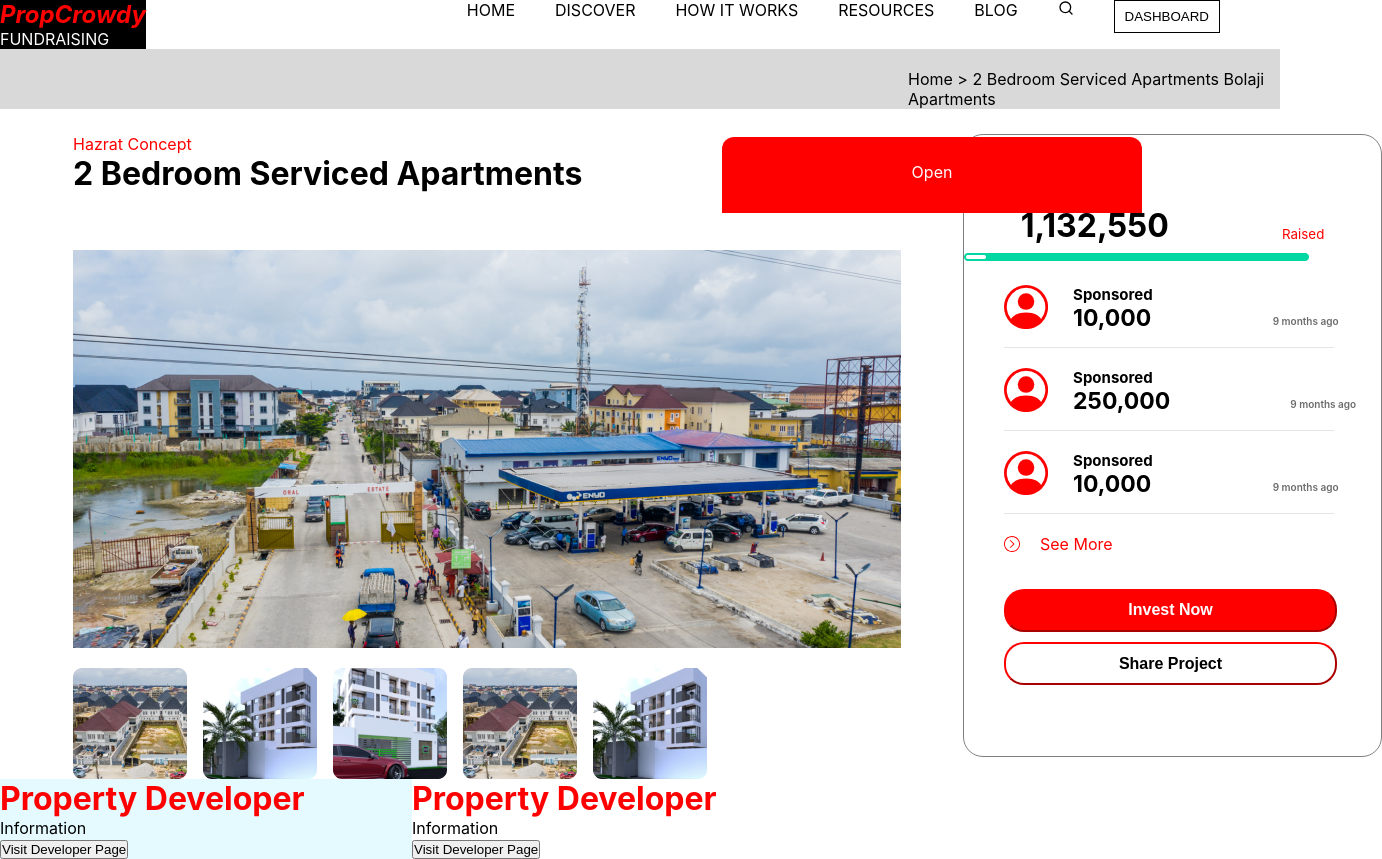
Repository: uh-sman/Popcrowdy
Page: /
An editor plug-in stored every save of this project. The page is shown before and after the next save, followed by the edit.
The browser window is 1280 px wide. The page is 1382 px wide, so the pictures cover 1382 px, including what lies to the right of the window. The pictures show the whole page.
The project was rebuilt for these pictures with package versions that can differ from the ones it lists, and the page was loaded fresh each time.

Above is the page before, as saved 2022-11-13 19:43:42.

### src/App.js
import "./App.css";
import { Navbar, Hero } from "./components";
import SubCard from "./components/Section/SubCard";
import SubNav from "./components/SubNav";

function App() {
  return (
    <div className="App">
      <Navbar />
      <SubNav />
      <Hero />
      <SubCard />
    </div>
  );
}

export default App;

### src/App.css
* {
  text-decoration: none;
  list-style: none;
  padding: 0px;
  margin: 0;
  box-sizing: border-box;
}

### src/components/index.js
export { default as Navbar } from "./Navbar";
export { default as Hero } from "./Section/Hero";
// export { default as Card } from "./Section/Card";

### src/components/Section/SubCard.jsx
import React from "react";

const SubCard = () => {
  return (
    <div>
      <div style={{ display: "flex" }}>
        <div style={{ backgroundColor: "#E4FAFF" }}>
          <div>
            <h1 style={{ color: "red", width: "412px" }}>Property Developer</h1>
            <p>Information</p>
            <button className="button">Visit Developer Page</button>
          </div>
        </div>
        <div style={{ backgroundColor: "#" }}>
          <div>
            <h1 style={{ color: "red", width: "412px" }}>Property Developer</h1>
            <p>Information</p>
            <button className="button">Visit Developer Page</button>
          </div>
        </div>
      </div>
    </div>
  );
};

export default SubCard;
// height: "162px";

### src/components/SubNav.jsx
import React from "react";

const SubNav = () => {
  return (
    <div style={{ marginBottom: "25px" }}>
      <div style={{ background: "#D9D9D9 50%", width: "100%", height: "60px" }}>
        <p style={{ marginLeft: "908px", paddingTop: "20px" }}>
          Home {">"} 2 Bedroom Serviced Apartments Bolaji Apartments
        </p>
      </div>
    </div>
  );
};

export default SubNav;

### src/components/Navbar.jsx
import React from "react";
import "./navbar.css";
import { FiSearch } from "react-icons/fi";
const Navbar = () => {
  return (
    <div style={{}}>
      <nav>
        <div className="navbar-container">
          <div style={{ backgroundColor: "black" }}>
            <h1>
              <p style={{ color: "red" }}>
                <i>PropCrowdy</i>
              </p>
            </h1>
            <p style={{ color: "white" }}>FUNDRAISING</p>
          </div>
          <div>
            <ul className="nav-list">
              <li>HOME</li>
              <li>DISCOVER</li>
              <li>HOW IT WORKS</li>
              <li>RESOURCES</li>
              <li>BLOG</li>
              <FiSearch />
              <button className="btn">DASHBOARD</button>
            </ul>
          </div>
        </div>
      </nav>
    </div>
  );
};

export default Navbar;

### src/components/Section/Hero.jsx
import React, { useState } from "react";
import "./hero.css";
import img1 from "../assets/Image-one.png";
import img2 from "../assets/Rectangle2.png";
import img3 from "../assets/Rectangle3.png";
import img4 from "../assets/Rectangle4.png";
import img5 from "../assets/Rectangle5.png";
import img6 from "../assets/Rectangle6.png";
import Card from "./Card";
const Hero = () => {
  const [selected, setIsSelected] = useState(false);
  const [isSelected, setSelected] = useState(false);
  //    document.getElementById("select");
  if (selected) {
    // show the current image
    console.log("hello");
  } else {
    console.log("not selected");
  }
  return (
    <div className="hero-container">
      <div className="flexed-card">
        <div>
          <div style={{ marginBottom: "57px" }}>
            <p style={{ color: "red" }}>Hazrat Concept</p>
            <h1 style={{ fontWeight: "900px" }}>
              2 Bedroom Serviced Apartments
            </h1>
          </div>
          <div
            id="select"
            value={selected}
            onClick={(e) => setIsSelected(!selected)}
          >
            <img src={img1} />
          </div>
          <div style={{ marginTop: "16px" }}>
            <div className="sub-card">
              <img src={img2} />
              <img src={img3} />
              <img src={img4} />
              <img src={img5} />
              <img src={img6} />
            </div>
          </div>
        </div>
        <div>
          <Card />
        </div>
      </div>
    </div>
  );
};

export default Hero;

### src/components/navbar.css
.navbar-container {
  display: flex;
  justify-content: space-between;
}
.nav-list {
  display: flex;
  gap: 40px;
  margin-right: 60px;
}
.btn {
  background-color: white;
  border: 1px solid black;
  padding: 8px 10px;
  font-weight: 500;
}

### src/components/Section/hero.css
.hero-container {
  margin-left: 73px;
}
.sub-card {
  display: flex;
  gap: 16px;
}
.flexed-card {
  display: flex;
  gap: 62px;
}

### src/components/Section/Card.jsx
import React from "react";
import { data } from "./data";
import img from "../assets/Progressbar.png";
import { BsPersonCircle } from "react-icons/bs";
import { TfiArrowCircleRight } from "react-icons/tfi";
import "./card.css";
const Card = () => {
  return (
    <div>
      <div style={{ border: "1px solid gray" }} className="card">
        <div
          className="header"
          title="header"
          style={{
            backgroundColor: "red",
            borderTopLeftRadius: "12px",
            borderTopRightRadius: "12px",
            textAlign: "center",
            height: "75.92px",
          }}
        >
          <p
            style={{
              color: "white",
              marginTop: "25px",
            }}
          >
            Open
          </p>
        </div>
        <div>
          <div style={{ display: "flex", justifyContent: "space-around" }}>
            <h1>1,132,550 </h1>
            <small style={{ color: "red", marginTop: "20px" }}>Raised</small>
          </div>
          <img src={img} />
        </div>
        <div className="rightBody-subcont">
          {data &&
            data.map(({ title, id, amount }) => {
              return (
                <div className="sponsor-cont" key={id}>
                  <div className="sponsor-subcont">
                    <div className="user-img">
                      <BsPersonCircle
                        style={{
                          color: "red",
                          height: "44.099998474121094px",
                          width: " 44.099998474121094px",
                          left: "0.45001220703125px",
                          top: " 0.45001220703125px",
                          borderRadius: "0px",
                        }}
                      />
                    </div>

                    <div className="spons-cover">
                      <div className="sponsor">Sponsored</div>
                      <div className="sponsoramt">{amount}</div>
                    </div>

                    <div className="month">9 months ago</div>
                  </div>

                  <div className="line"></div>
                </div>
              );
            })}
          <div
            style={{
              display: "flex",
              alignItems: "center",
              gap: "20px",
              marginLeft: "40px",
              paddingTop: "20px",
              paddingBottom: "20px",
            }}
          >
            <TfiArrowCircleRight style={{ color: "red" }} />
            <p style={{ color: "red" }}>See More</p>
          </div>
          <div className="rightBodybtns">
            <div className="rightBodybtn1-cont">
              <button className="rightBodybtn1">Invest Now</button>
            </div>

            <div className="rightBodybtn2-cont">
              <button className="rightBodybtn2">Share Project</button>
            </div>
          </div>
        </div>
      </div>
    </div>
  );
};

export default Card;
{
  /* <div className="rightBody-subcont">
  {data &&
    data.map(({ title, id, amount }) => {
      return (
        <div className="sponsor-cont" key={id}>
          <div className="sponsor-subcont">
            <div className="user-img">
              <img src={user} />
            </div>

            <div className="spons-cover">
              <div className="sponsor">Sponsored</div>
              <div className="sponsoramt">{amount}</div>
            </div>

            <div className="month">9 months ago</div>
          </div>

          <div className="line"></div>
        </div>
      );
    })}
</div>;

{
  data &&
    data.map(({ title, id, amount }) => {
      return (
        <div className="list" style={{ marginLeft: "50.45px" }} key={id}>
          <li className="icon">
            <BsPersonCircle
              style={{
                color: "red",
                height: "44.099998474121094px",
                width: " 44.099998474121094px",
                left: "0.45001220703125px",
                top: " 0.45001220703125px",
                borderRadius: "0px",
              }}
            />
            {title}
          </li>
          <div
            style={{
              display: "flex",
              justifyContent: "space-around",
              marginLeft: "12px",
              borderBottom: "0.3px solid gray",
            }}
          >
            <p>{amount}</p>

            <small title="time">1 month ago</small>
          </div>
        </div>
      );
    });
} */
}

### src/components/Section/data.js
export const data = [
  {
    id: 1,
    title: "Sponsored",
    amount: "10,000",
  },
  {
    id: 2,
    title: "Sponsored",
    amount: "250,000",
  },
  {
    id: 3,
    title: "Sponsored",
    amount: "10,000",
  },
];

### src/components/Section/card.css
.card {
  /* position: absolute; */
  display: flex;
  flex-direction: column;
  justify-content: center;
  width: 419px;
  height: 623px;
  /* padding: 0px 0px; */
  /* left: 963px; */
  top: 267px;
  background: linear-gradient(
    180deg,
    #fffafa 0%,
    rgba(255, 255, 255, 0.994792) 0.01%,
    rgba(237, 224, 224, 0) 100%
  );
  border-radius: 20px;
}
.header {
  position: absolute;
  top: 137px;
  right: 138px;
  width: 420px;
}
.icon {
  display: flex;
  align-items: center;
  gap: 27.45px;
  /* justify-content: center; */
}
.list {
  margin-bottom: 10px;
}
.rightBodybtn {
  width: 419px;
  height: 53px;
  font-size: 20px;
  background: #ff0000;
  color: #ffffff;
  border-top-right-radius: 12px;
  border-top-left-radius: 12px;
  font-weight: bold;
  border-color: #ff0000;
}

.rightBodyHead {
  display: flex;
}

.rightBodyHead-cont {
  padding: 40px 0px 0px 40px;
}

.raised {
  padding: 10px 0px 0px 15px;
}

.goal-subcont {
  display: flex;
  padding-top: 10px;
}

.goal {
  padding-right: 20px;
}

.goalamt {
  padding-top: 5px;
}

.oo {
  background: #fffafa;
}

.sponsor-subcont {
  display: flex;
}

.spons-cover {
  font-weight: 700;
  font-size: 15px;
  padding: 0px 0px 15px 25px;
}

.sponsor-cont {
  padding: 20px 0px 0px 40px;
}

.line {
  border-bottom: 1px solid rgba(0, 0, 0, 0.1);
  width: 330px;
}

.month {
  padding: 30px 0px 0px 120px;
  font-weight: 600;
  font-size: 10px;
  color: rgba(0, 0, 0, 0.58);
}

.sponsoramt {
  font-size: 23px;
}

.sponsor {
  font-size: 15px;
}

.seeMore a {
  text-decoration: none;
  color: #ff0000;
  font-size: 14px;
}

/* .seeMore-cont { */
.rightBodybtn {
  width: 419px;
  height: 53px;
  font-size: 20px;
  background: #ff0000;
  color: #ffffff;
  border-top-right-radius: 12px;
  border-top-left-radius: 12px;
  font-weight: bold;
  border-color: #ff0000;
}

.rightBodyHead {
  display: flex;
}

.rightBodyHead-cont {
  padding: 40px 0px 0px 40px;
}

.raised {
  padding: 10px 0px 0px 15px;
}

.goal-subcont {
  display: flex;
  padding-top: 10px;
}

.goal {
  padding-right: 20px;
}

.goalamt {
  padding-top: 5px;
}

.oo {
  background: #fffafa;
}

.sponsor-subcont {
  display: flex;
}

.spons-cover {
  font-weight: 700;
  font-size: 15px;
  padding: 0px 0px 15px 25px;
}

.sponsor-cont {
  padding: 20px 0px 0px 40px;
}

.line {
  border-bottom: 1px solid rgba(0, 0, 0, 0.1);
  width: 330px;
}

.month {
  padding: 30px 0px 0px 120px;
  font-weight: 600;
  font-size: 10px;
  color: rgba(0, 0, 0, 0.58);
}

.sponsoramt {
  font-size: 23px;
}

.sponsor {
  font-size: 15px;
}

.seeMore a {
  text-decoration: none;
  color: #ff0000;
  font-size: 14px;
}

.seeMore-cont {
  display: flex;
  padding-left: 40px;
  padding-top: 30px;
}

.moreIcon {
  padding-right: 10px;
  padding-top: 4px;
}

.rightBodybtn1 {
  width: 333px;
  height: 43.25px;
  border-radius: 20px;
  font-size: 16px;
  background: #ff0000;
  color: white;
  font-weight: bold;
  border-color: #ff0000;
}

.rightBodybtn2 {
  width: 333px;
  height: 43.25px;
  border-radius: 20px;
  font-size: 16px;
  border-color: #ff0000;
  font-weight: bold;
  background: white;
}

.rightBodybtns {
  padding-left: 40px;
}

.rightBodybtn1-cont {
  padding: 15px 0px 10px 0px;
}

.gg a {
  text-decoration: none;
}

.progress-cont {
  padding-top: 10px;
}
.rightBodybtn1 {
  width: 333px;
  height: 43.25px;
  border-radius: 20px;
  font-size: 16px;
  background: #ff0000;
  color: white;
  font-weight: bold;
  border-color: #ff0000;
}

.rightBodybtn2 {
  width: 333px;
  height: 43.25px;
  border-radius: 20px;
  font-size: 16px;
  border-color: #ff0000;
  font-weight: bold;
  background: white;
}

.rightBodybtns {
  padding-left: 40px;
}

.rightBodybtn1-cont {
  padding: 15px 0px 10px 0px;
}

.gg a {
  text-decoration: none;
}

.progress-cont {
  padding-top: 10px;
}

.goal-cont {
  padding-bottom: 40px;
}

Loaded but not shown: public/index.html (common file); src/index.js (common file); src/index.css (common file)

After the next save:
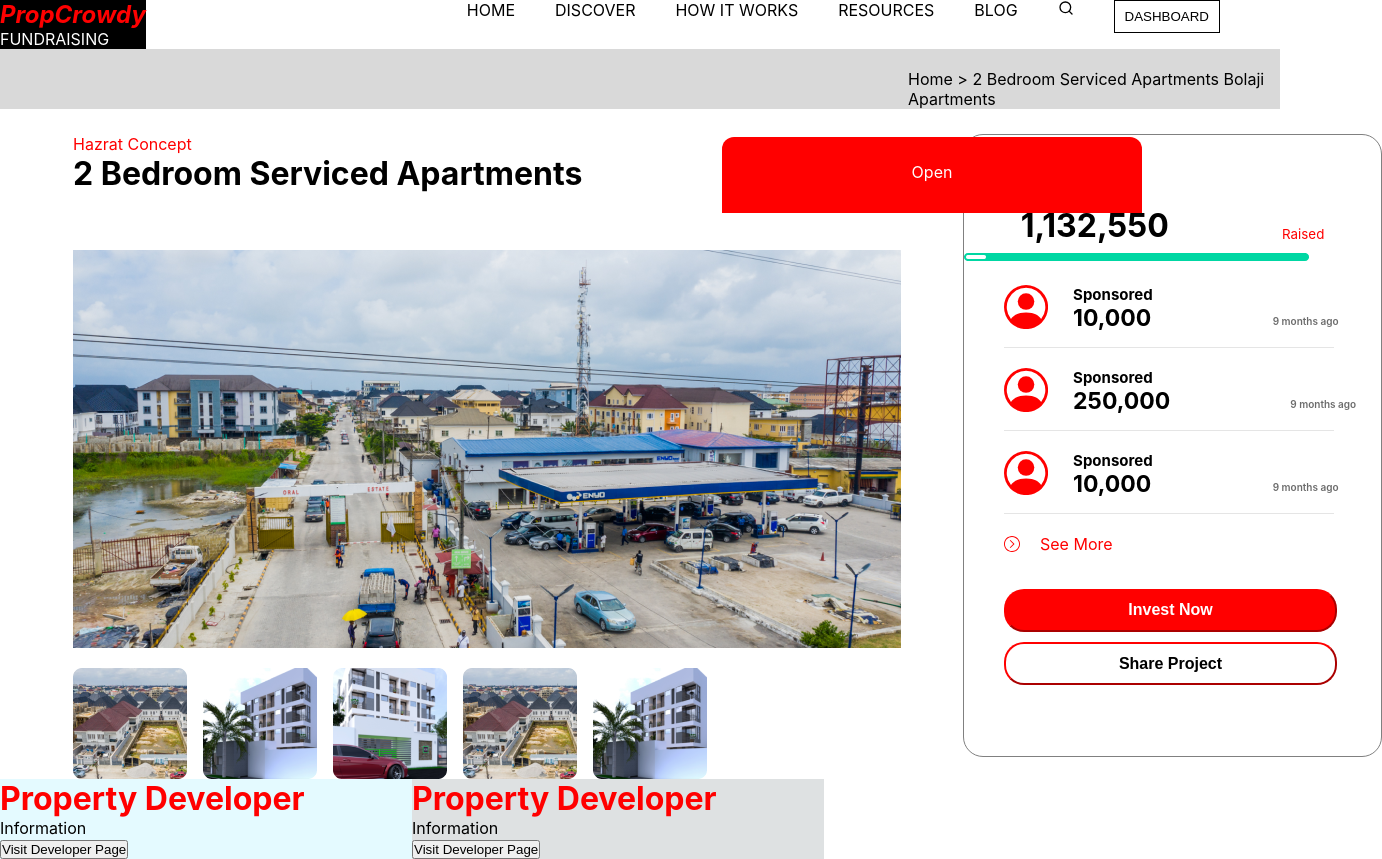
Saved 25 s later.
--- a/src/components/Section/SubCard.jsx
+++ b/src/components/Section/SubCard.jsx
@@ -11,7 +11,7 @@
             <button className="button">Visit Developer Page</button>
           </div>
         </div>
-        <div style={{ backgroundColor: "#" }}>
+        <div style={{ backgroundColor: "#DEE1E2" }}>
           <div>
             <h1 style={{ color: "red", width: "412px" }}>Property Developer</h1>
             <p>Information</p>
